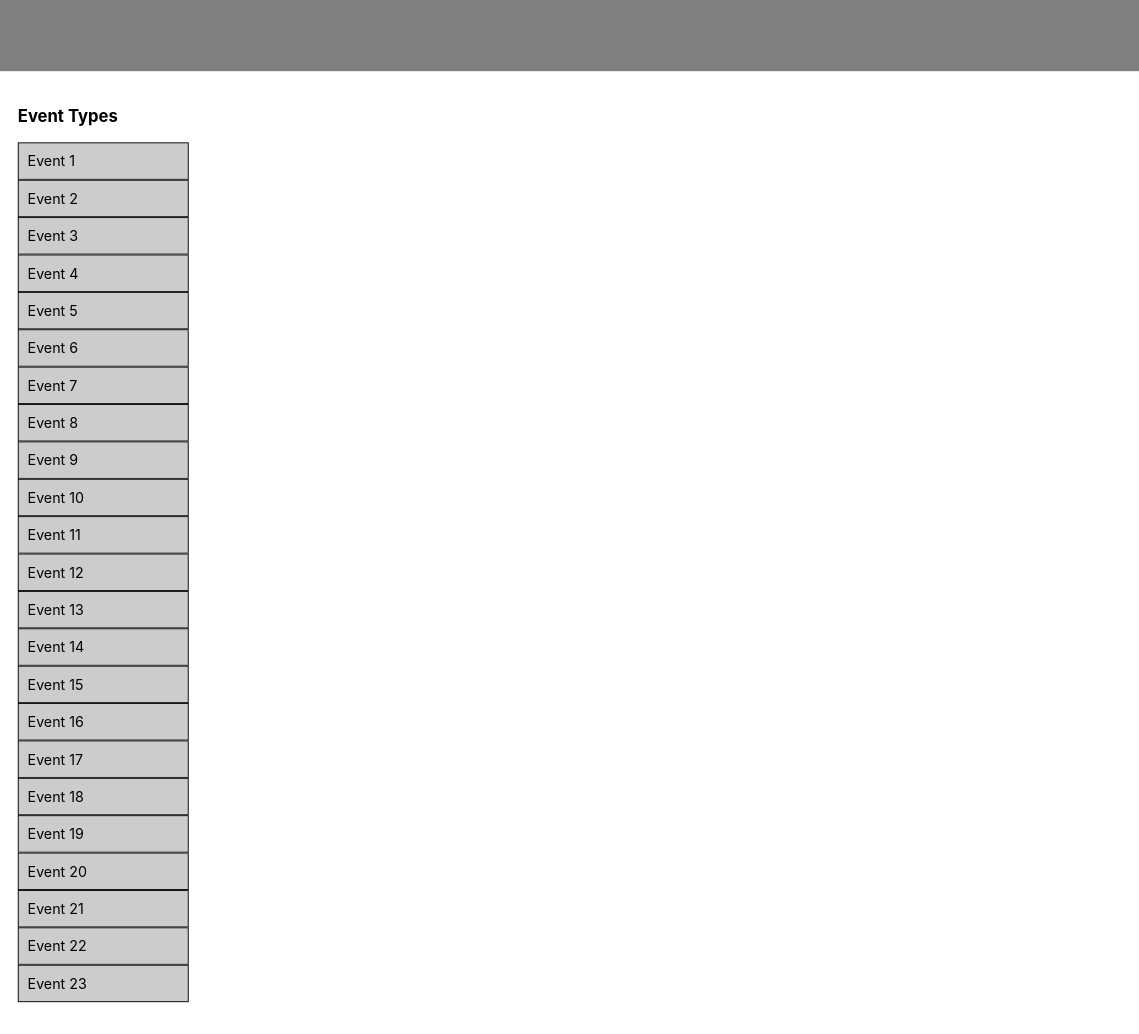
Repository: TauqeerHusain/Assignment
Page: /
The author's editor kept a copy of each file at every save. The page is drawn from the files as they stood at one save, then again after the next save.
The browser window is 1280 px wide. The pictures show the whole page, at 89% of full size.
The project was rebuilt for these pictures with package versions that can differ from the ones it lists, and the page was loaded fresh each time.

Above is the page before, as saved 2023-02-07 10:52:31.

After the next save:
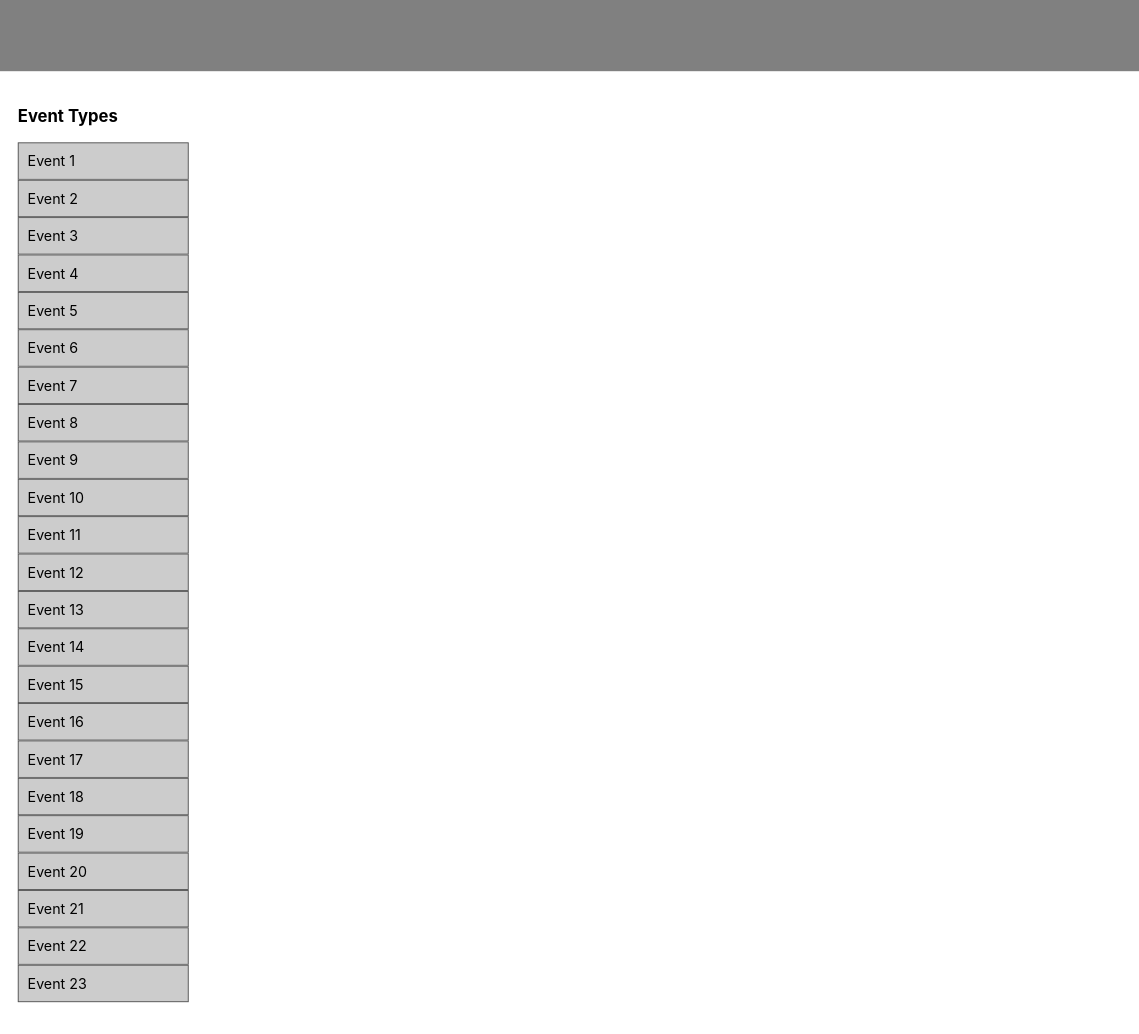
Saved 38 s later.
--- a/src/App.js
+++ b/src/App.js
@@ -229,7 +229,7 @@ const App = () => {
                       ? "skyblue"
                       : "#ccc"
                     : "#ccc",
-                  border: "1px solid #000",
+                  border: "1px solid #545454",
                 }}
                 onClick={() => {
                   if (!openTabs.includes(event.name)) {
